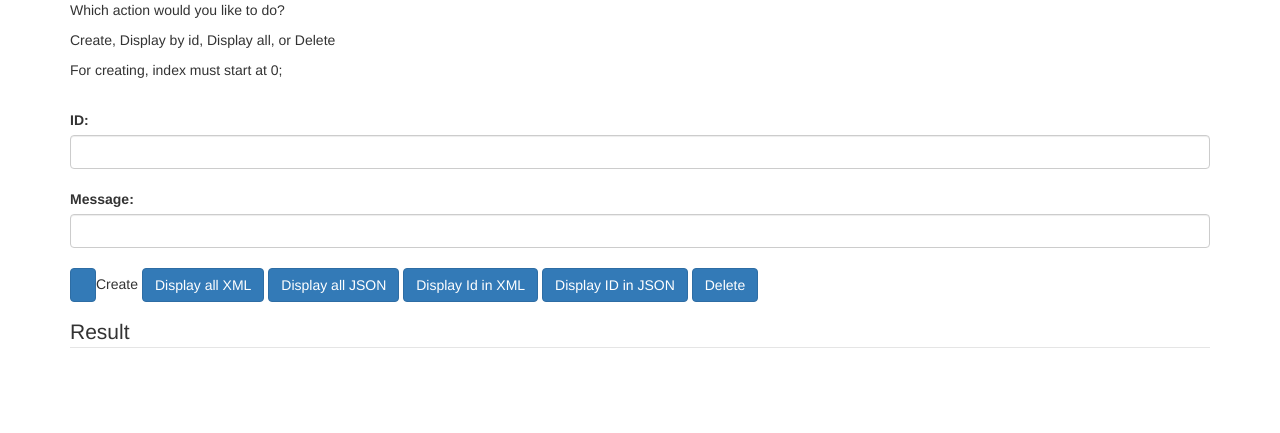
Repository: kddean/Lab4
Page: ToDoSystem/WebContent/ToDo.html
These files come from the project's save history. The page is drawn as it stood at one moment and after the next save; the edit follows.
The browser window is 1280 px wide. The pictures show the whole page.

Above is the page before, as saved 2016-04-02 04:29:58.
Console error: SyntaxError: Unexpected token '}'

After the next save:
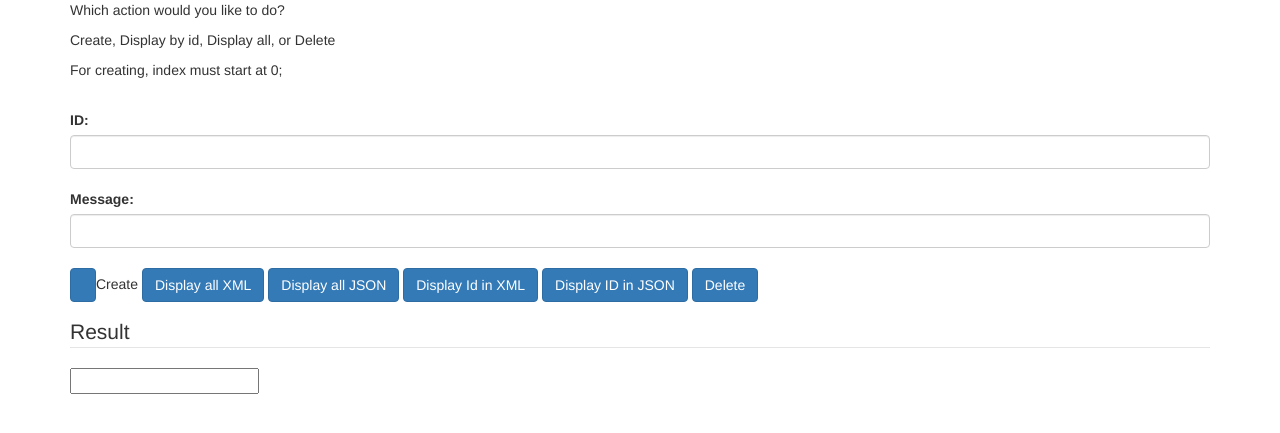
Saved 3 min 25 s later.
--- a/ToDoSystem/WebContent/ToDo.html
+++ b/ToDoSystem/WebContent/ToDo.html
@@ -32,7 +32,9 @@
 	<div id="sec">
         <fieldset>
             <legend>Result</legend>
-                 <div id="ajaxResponse"></div>
+                 <div id="ajaxResponse">
+                 <input type="text">
+                 </div>
         </fieldset>
     </div>
 

After the save that followed:
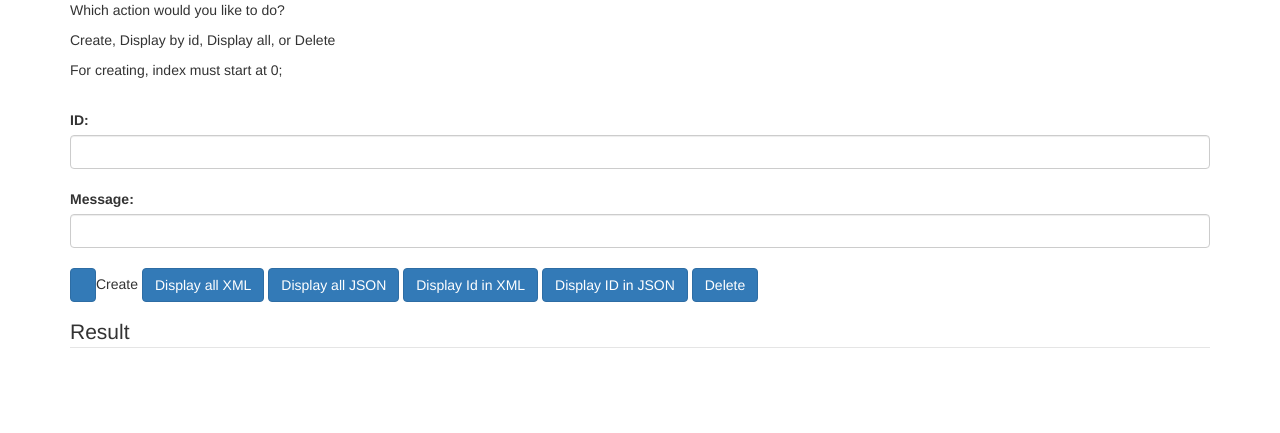
Saved 2 min 23 s later.
--- a/ToDoSystem/WebContent/ToDo.html
+++ b/ToDoSystem/WebContent/ToDo.html
@@ -33,7 +33,7 @@
         <fieldset>
             <legend>Result</legend>
                  <div id="ajaxResponse">
-                 <input type="text">
+
                  </div>
         </fieldset>
     </div>
@@ -68,7 +68,7 @@
 			var m = document.getElementById("message").value;
 		}
 			function(data, status){
-				$("ajaxResponse").load("/create", data)}
+				$("sec").load("/create", data)}
 		})
 	})
 
